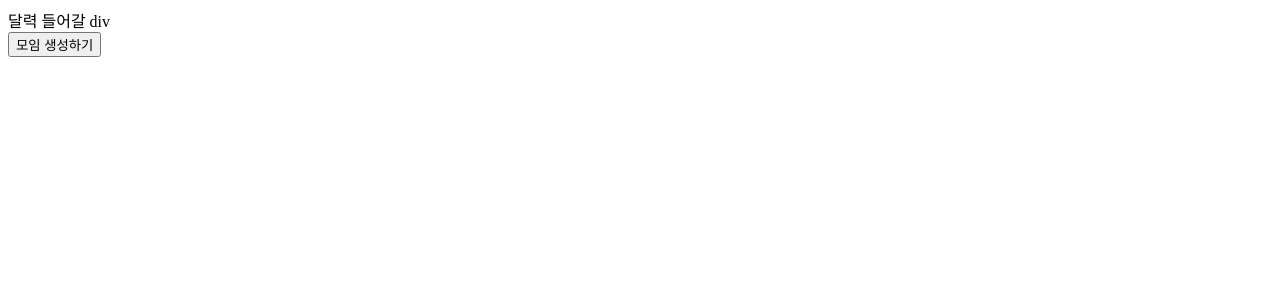
Repository: onpul/TEAM1
Page: http://localhost/Riding/mj/Main.jsp
These files come from the project's save history. The page is drawn as it stood at one moment and after the next save; the edit follows.
The browser window is 1280 px wide. The pictures show the whole page.
The page is served by Tomcat 9. Other server files are loaded and not shown.

Above is the page before, as saved 2022-06-04 11:10:00.

### Riding/WebContent/mj/Main.jsp
<%@ page contentType="text/html; charset=UTF-8"%>
<%
	request.setCharacterEncoding("UTF-8");
	String cp = request.getContextPath();
%>
<!DOCTYPE html>
<html>
<head>
<meta charset="UTF-8">
<title>Main.jsp</title>
</head>
<body>
<div>
	달력 들어갈 div
</div>
<div>
	<input type="button" value="모임 생성하기"/>
</div>
</body>
</html>

After the next save:
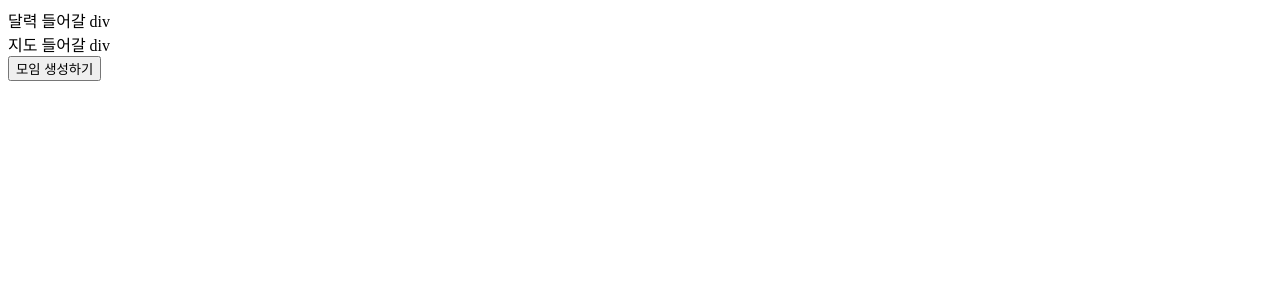
Saved 9 s later.
--- a/Riding/WebContent/mj/Main.jsp
+++ b/Riding/WebContent/mj/Main.jsp
@@ -14,6 +14,9 @@
 	달력 들어갈 div
 </div>
 <div>
+	지도 들어갈 div
+</div>
+<div>
 	<input type="button" value="모임 생성하기"/>
 </div>
 </body>
